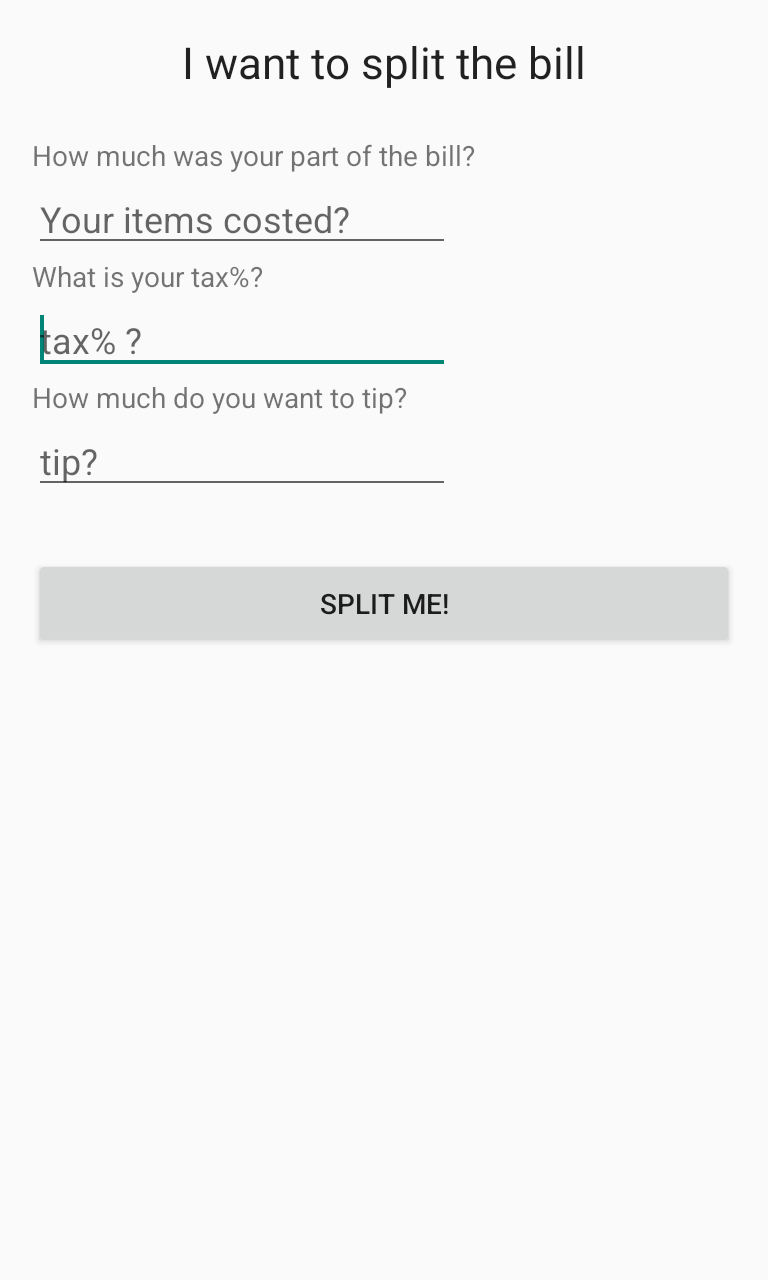
Repository: any027/BillHelper
Layout: BillHelper/res/layout/split_bill.xml
These files come from the project's save history. The layout is drawn as it stood at one moment and after the next save; the edit follows.
It is drawn on a 768 x 1280 px phone screen (xhdpi) without system bars, with theme AppTheme; the app's code is not run.

Above is the layout before, as saved 2015-07-04 03:56:48.

After the next save:
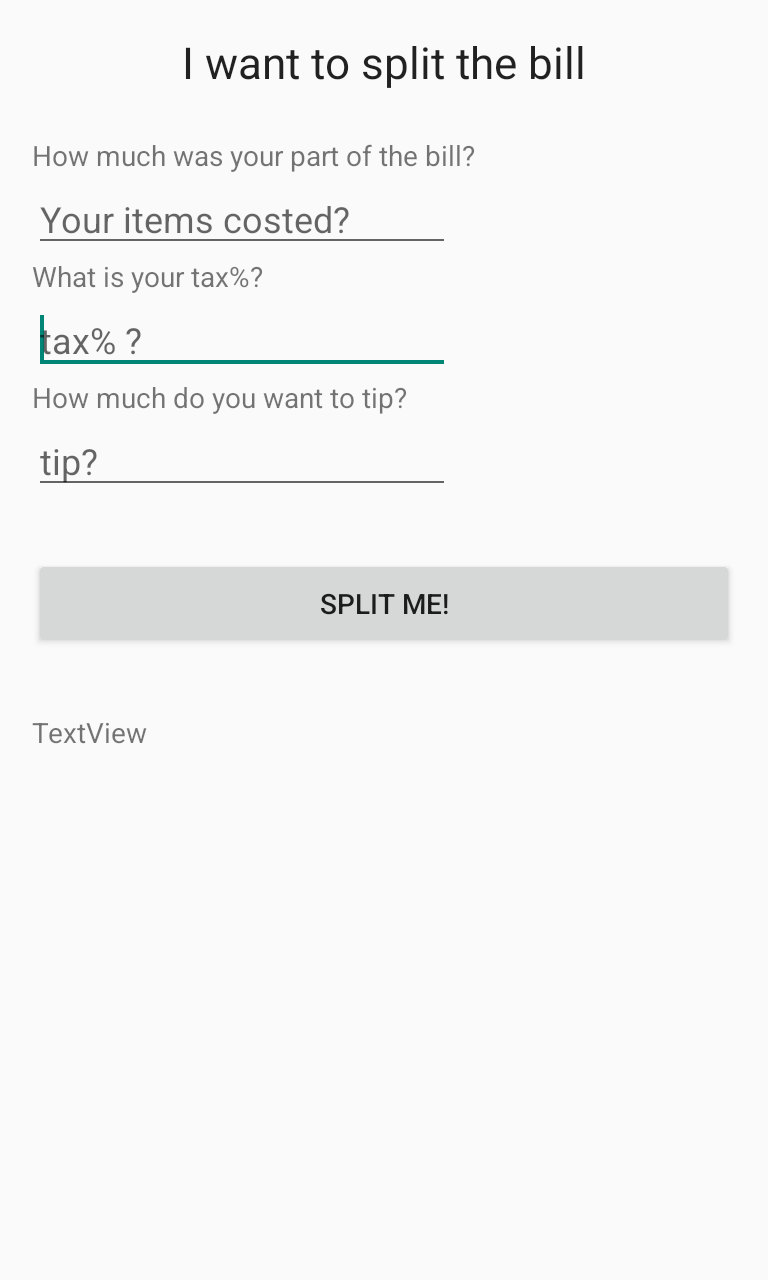
Saved 17 s later.
--- a/BillHelper/res/layout/split_bill.xml
+++ b/BillHelper/res/layout/split_bill.xml
@@ -94,4 +94,14 @@
         android:text="Split me!"
         android:onClick="splitOff"/>
 
+    <TextView
+        android:id="@+id/splitResult"
+        android:layout_width="wrap_content"
+        android:layout_height="wrap_content"
+        android:layout_alignLeft="@+id/billButton"
+        android:layout_alignRight="@+id/billButton"
+        android:layout_below="@+id/billButton"
+        android:layout_marginTop="31dp"
+        android:text="TextView" />
+
 </RelativeLayout>
